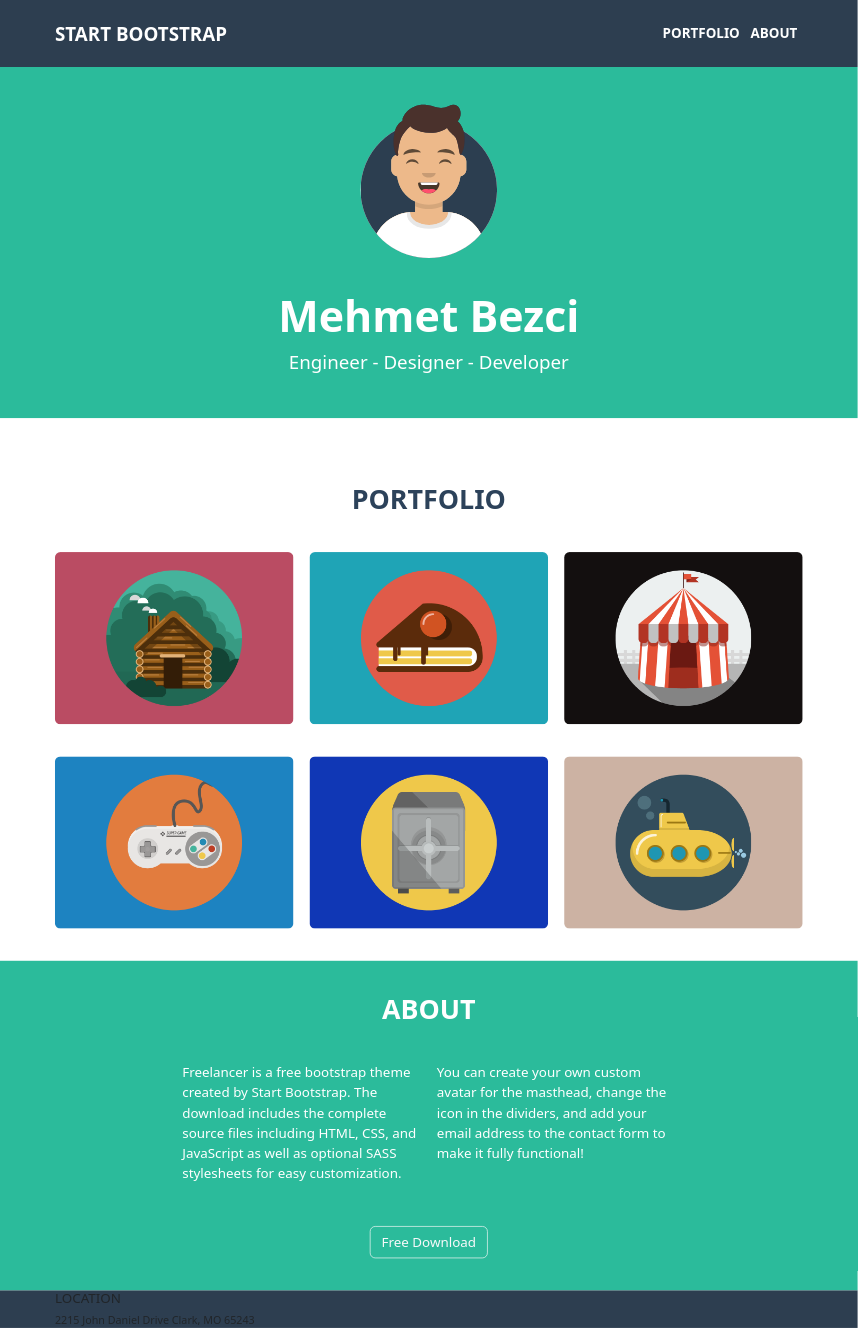
Repository: 7JaxeN7/WT-1255P-Mehmet_BEZC-
Page: index.html
The author's editor kept a copy of each file at every save. The page is drawn from the files as they stood at one save, then again after the next save.
The browser window is 1280 px wide. The pictures show the whole page, at 67% of full size.

Above is the page before, as saved 2025-01-07 00:27:44.

### index.html
<!DOCTYPE html>
<html lang="tr">

<head>
  <meta charset="UTF-8">
  <meta name="viewport" content="width=device-width, initial-scale=1.0">
  <link rel="stylesheet" href="style.css">
  <link href="https://cdn.jsdelivr.net/npm/bootstrap@5.3.3/dist/css/bootstrap.min.css" rel="stylesheet"
    integrity="sha384-QWTKZyjpPEjISv5WaRU9OFeRpok6YctnYmDr5pNlyT2bRjXh0JMhjY6hW+ALEwIH" crossorigin="anonymous">
  <title>Start Bootstrap</title>
</head>

<body>
  <!-- Navbar -->
  <header>
    <nav class="navbar navbar-expand-lg navbar-bg">
      <div class="container pt-3 pb-3">
        <a class="navbar-brand text-white fw-bolder fs-3" href="#">START BOOTSTRAP</a>
        <button class="navbar-toggler" type="button" data-bs-toggle="collapse" data-bs-target="#navbarNav"
          aria-controls="navbarNav" aria-expanded="false" aria-label="Toggle navigation">
          <span class="navbar-toggler-icon"></span>
        </button>
        <div class="collapse navbar-collapse" id="navbarNav">
          <ul class="navbar-nav ms-auto">
            <li class="nav-item">
              <a class="nav-link text-white fw-bolder fs-5" href="#">PORTFOLIO</a>
            </li>
            <li class="nav-item">
              <a class="nav-link text-white fw-bolder fs-5" href="#">ABOUT</a>
            </li>
          </ul>
        </div>
      </div>
    </nav>
  </header>
  <!-- Herosection -->
  <div class="herosection-bg pt-5 pb-5">
    <div class="container text-center">
      <img src="/assets/img/avataaars.svg" width="20%" />
      <h1 class="mt-5 text-white fw-bolder display-3">Mehmet Bezci</h1>
      <p class="text-white fs-3">Engineer - Designer - Developer</p>
    </div>
  </div>
  <!-- Portfolio -->
  <div class="portfolio-section">
    <h2 class="text-center mt-5 pt-5 pb-5 fs-1 fw-semibold portfolio-tittle">PORTFOLIO</h2>
    <div class="container">
      <div class="row">
        <div class="col-12 col-md-6 col-lg-4 mb-5">
          <img src="/assets/img/cabin.png" class="img-fluid rounded-3">
        </div>
        <div class="col-12 col-md-6 col-lg-4 mb-5">
          <img src="/assets/img/cake.png" class="img-fluid rounded-3">
        </div>
        <div class="col-12 col-md-6 col-lg-4 mb-5">
          <img src="/assets/img/circus.png" class="img-fluid rounded-3">
        </div>
        <div class="col-12 col-md-6 col-lg-4 mb-5">
          <img src="/assets/img/game.png" class="img-fluid rounded-3">
        </div>
        <div class="col-12 col-md-6 col-lg-4 mb-5">
          <img src="/assets/img/safe.png" class="img-fluid rounded-3">
        </div>
        <div class="col-12 col-md-6 col-lg-4 mb-5">
          <img src="/assets/img/submarine.png" class="img-fluid rounded-3">
        </div>
      </div>
    </div>
  </div>
  <!-- About -->
  <div class="about-section">
    <div class="container">
      <h2 class="about-tittle fs-1 fw-semibold text-center pt-5 pb-5"> ABOUT</h2>
      <div class="row justify-content-center">
        <div class="col-lg-4 fs-5 text-white">
          <p>
            Freelancer is a free bootstrap theme created by Start Bootstrap. The download includes the complete source
            files including HTML, CSS, and JavaScript as well as optional SASS stylesheets for easy customization.
          </p>
        </div>
        <div class="col-lg-4 fs-5 text-white">
          <p>
            You can create your own custom avatar for the masthead, change the icon in the dividers, and add your email
            address to the contact form to make it fully functional!
          </p>
        </div>
      </div>
      <div class="d-flex justify-content-center">
        <button class="mt-5 mb-5 btn btn-outline-light btn-lg">Free Download</button>
      </div>
    </div>
  </div>
  <!-- Footer -->
  <footer>
    <div class="footer-section">
      <div class="container">
        <div class="col-lg-4">
          <h5>LOCATION</h5>
          <p>
            2215 John Daniel Drive
            Clark, MO 65243
          </p>
        </div>
        <div class="col-lg-4"></div>
        <div class="col-lg-4"></div>
      </div>
    </div>
  </footer>
  <!-- Burası bootstrap script kısmı -->
  <script src="https://cdn.jsdelivr.net/npm/bootstrap@5.3.3/dist/js/bootstrap.bundle.min.js"
    integrity="sha384-YvpcrYf0tY3lHB60NNkmXc5s9fDVZLESaAA55NDzOxhy9GkcIdslK1eN7N6jIeHz"
    crossorigin="anonymous"></script>
</body>

</html>

### style.css
.navbar-bg {
  background-color: #2d3e50 !important;
}
.herosection-bg{
    background-color: #2bbb9b ;
}
.portfolio-tittle{
    color: #2c425a;
}
.about-section{
    background-color: #2bbb9b ;
}
.about-tittle{
    color: #ffffff;
}
.footer-section{
    background-color: #2d3e50;
}

After the next save:
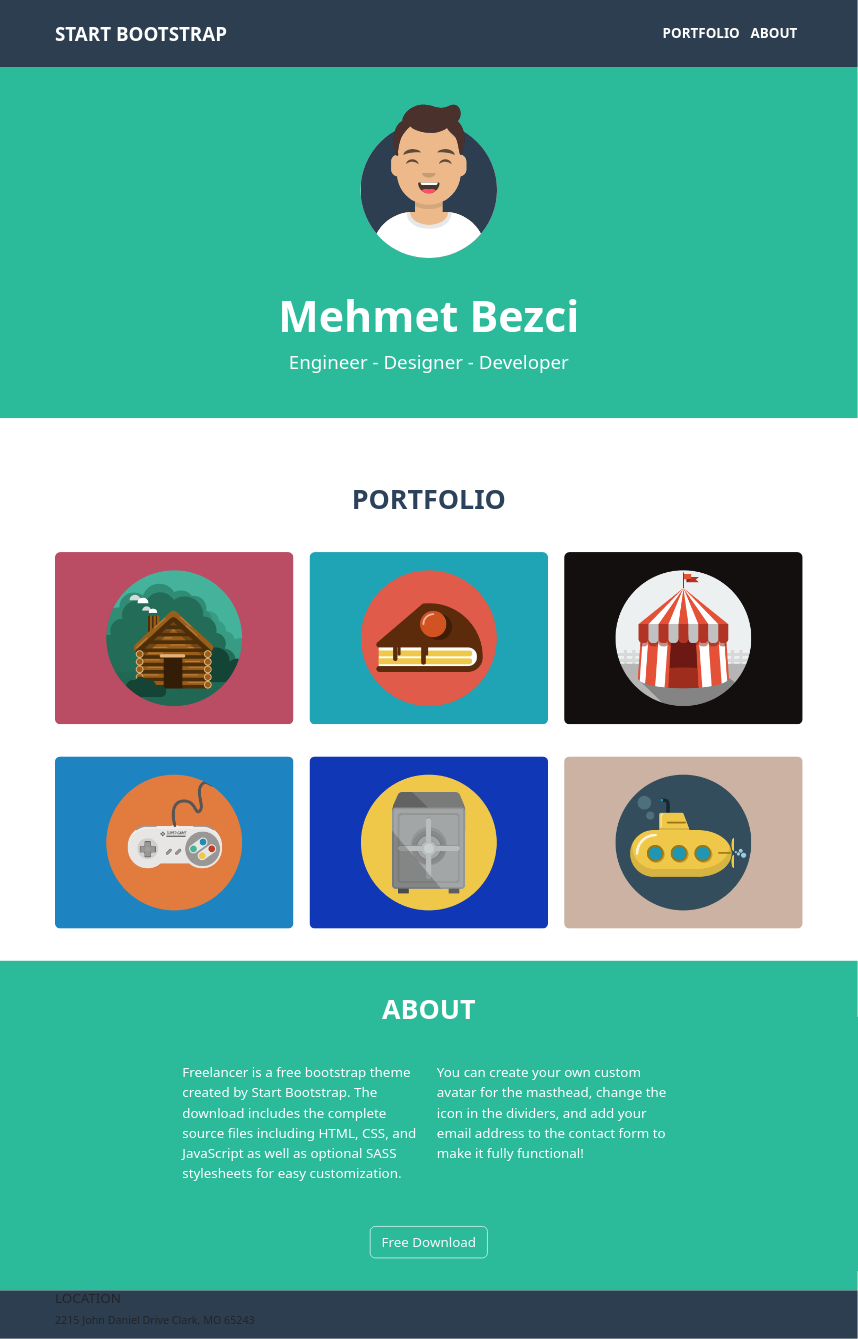
Saved 79 s later.
--- a/index.html
+++ b/index.html
@@ -94,15 +94,17 @@
   <footer>
     <div class="footer-section">
       <div class="container">
-        <div class="col-lg-4">
-          <h5>LOCATION</h5>
-          <p>
-            2215 John Daniel Drive
-            Clark, MO 65243
-          </p>
+        <div class="row">
+          <div class="col-lg-4">
+            <h5>LOCATION</h5>
+            <p>
+              2215 John Daniel Drive
+              Clark, MO 65243
+            </p>
+          </div>
+          <div class="col-lg-4"></div>
+          <div class="col-lg-4"></div>
         </div>
-        <div class="col-lg-4"></div>
-        <div class="col-lg-4"></div>
       </div>
     </div>
   </footer>
